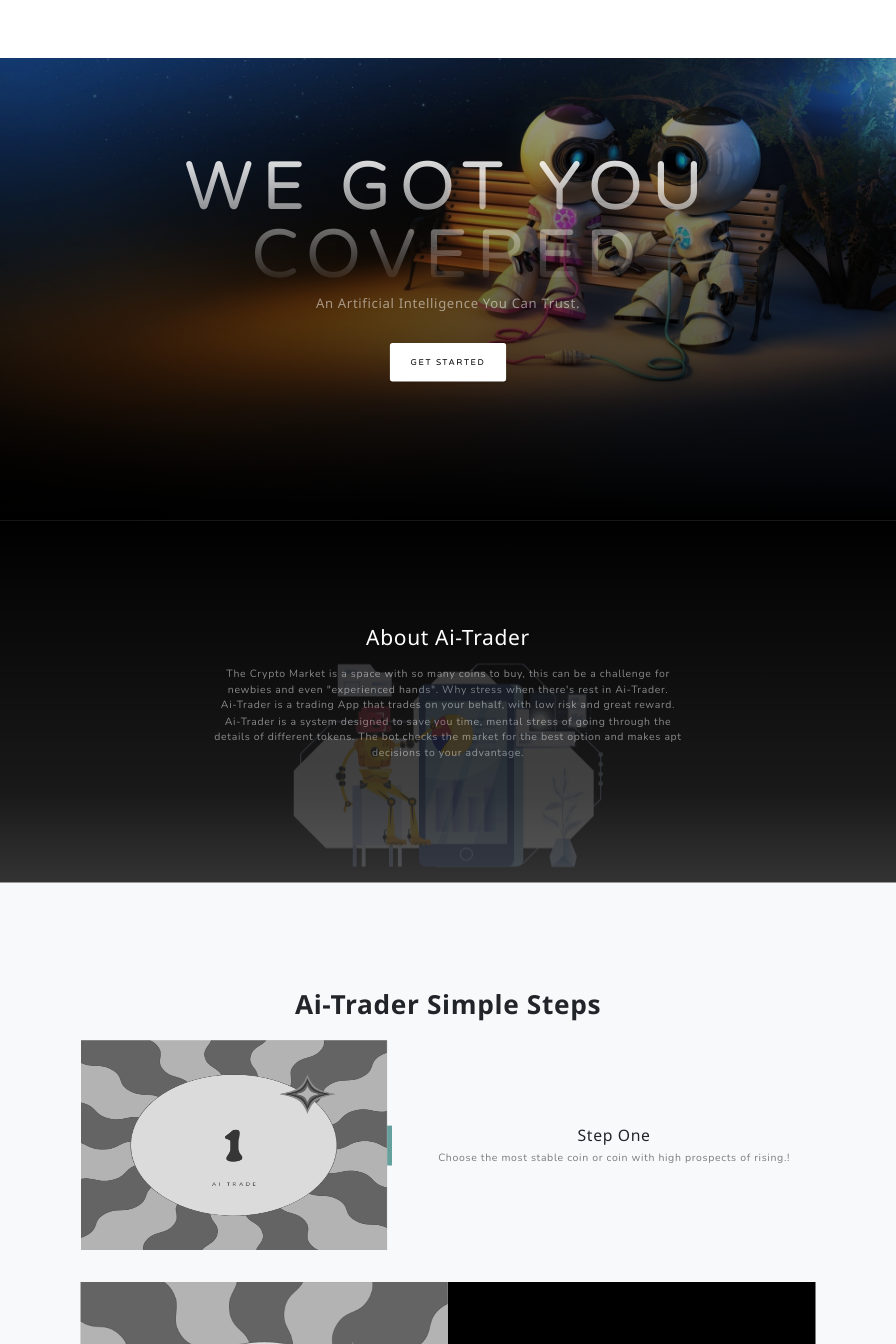
Repository: seyicoded/ico_one
Page: index.html
These files come from the project's save history. The page is drawn as it stood at one moment and after the next save; the edit follows.
The browser window is 1280 px wide. The pictures show the part of the page from y = 0 to 1920 px (the page is 5275 px tall before and 5252 px after), at 70% of full size.

Above is the page before, as saved 2022-03-06 17:08:04.

### index.html
<!DOCTYPE html>
<html lang="en">
    <head>
        <meta charset="utf-8" />
        <meta name="viewport" content="width=device-width, initial-scale=1, shrink-to-fit=no" />
        <meta name="description" content="" />
        <meta name="author" content="" />
        <title>Ai-Trader</title>
        <link rel="icon" type="image/x-icon" href="assets/favicon.ico" />
        <!-- Font Awesome icons (free version)-->
        <script src="https://use.fontawesome.com/releases/v5.15.4/js/all.js" crossorigin="anonymous"></script>
        <!-- Google fonts-->
        <link href="https://fonts.googleapis.com/css?family=Varela+Round" rel="stylesheet" />
        <link href="https://fonts.googleapis.com/css?family=Nunito:200,200i,300,300i,400,400i,600,600i,700,700i,800,800i,900,900i" rel="stylesheet" />

        <link rel="stylesheet" type="text/css" href="slick/slick.css"/>
// Add the new slick-theme.css if you want the default styling
<link rel="stylesheet" type="text/css" href="slick/slick-theme.css"/>

        <!-- Core theme CSS (includes Bootstrap)-->
        <link href="css/w3.css" rel="stylesheet" />
        <link href="css/styles.css" rel="stylesheet" />
        <link href="css/animate.css" rel="stylesheet" />
        <link href="css/custom.css" rel="stylesheet" />
        <script src="js/jquery.js"></script>
        <script type="text/javascript" src="//code.jquery.com/jquery-migrate-1.2.1.min.js"></script>
        <script src="js/wow.js"></script>
        <script src="js/bs.js"></script>
        <script type="text/javascript" src="//cdn.jsdelivr.net/npm/slick-carousel@1.8.1/slick/slick.min.js"></script>
        <script type="text/javascript">
            //Initiat WOW JS
            window.onload = function(){
                $("#loaderr").hide();
                new WOW().init();
            }
            // new WOW().init();
        </script>
        <style>
            #loaderr{
                position: fixed;
                z-index: 99;
                top: 0;
                bottom: 0;
                left: 0;
                right: 0;
                background: linear-gradient(grey, black);
                display: flex;
                justify-content: center;
                align-items: center;
            }
            #skip-loader{
                position: fixed;
                bottom: 3%;
                right: 3%;
                background-color: transparent;
                color: white;
                border: none;
            }

            .w3-text-black *{
                color: black !important;
                margin-bottom: 16px;
            }

            .slick *{
                margin-left: 10px;
                margin-top: 3px;
                margin-right: 10px;
                overflow: hidden;

            }

            .slick h3{
                font-size: 10px;
            }

            .slick img{
                width: 10
            }
        </style>
    </head>
    <body id="page-top">
        <!--  loader start -->
        <div id="loaderr">
            <img src="assets/svg/Spin-0.5s-247px.svg" />
            <button id="skip-loader" onclick="$('#loaderr').hide()">skip</button>
        </div>
        <!-- loader stop -->

        <!-- Navigation-->
        <nav class="navbar navbar-expand-lg navbar-light fixed-top" id="mainNav">
            <div class="container px-4 px-lg-5">
                <a class="navbar-brand" href="#page-top">Ai-Trader</a>
                <button class="navbar-toggler navbar-toggler-right" type="button" data-bs-toggle="collapse" data-bs-target="#navbarResponsive" aria-controls="navbarResponsive" aria-expanded="false" aria-label="Toggle navigation">
                    Menu
                    <i class="fas fa-bars"></i>
                </button>
                <div class="collapse navbar-collapse" id="navbarResponsive">
                    <ul class="navbar-nav ms-auto">
                        <li class="nav-item"><a class="nav-link" href="#about">About</a></li>
                        <li class="nav-item"><a class="nav-link" href="#trade">How to Trade</a></li>
                        <li class="nav-item"><a class="nav-link" href="#roadmap">Road Map</a></li>
                        <li class="nav-item"><a class="nav-link" href="#team">The Team</a></li>
                        <li class="nav-item"><a class="nav-link" href="#token">Tokenomics</a></li>
                    </ul>
                </div>
            </div>
        </nav>
        <!-- Masthead-->
        <header class="masthead">
            <div class="container px-4 px-lg-5 d-flex h-100 align-items-center justify-content-center">
                <div class="d-flex justify-content-center">
                    <div class="text-center">
                        <h1 class="mx-auto my-0 text-uppercase wow fadeIn animated" data-wow-duration="1090ms" data-wow-delay="1000ms">We Got You Covered</h1>
                        <h2 class="text-white-50 mx-auto mt-2 mb-5 wow fadeIn animated" data-wow-duration="1090ms" data-wow-delay="1300ms">An Artificial Intelligence You Can Trust.</h2>
                        <a class="btn btn-white white wow fadeIn animated" style="font-weight: bolder;" href="#about"  data-wow-duration="1090ms" data-wow-delay="1600ms">Get Started</a>
                    </div>
                </div>
            </div>
        </header>
        <!-- About-->
        <section class="about-section text-center" id="about">
            <div class="container px-4 px-lg-5">
                <div class="row gx-4 gx-lg-5 justify-content-center">
                    <div class="col-lg-8">
                        <h2 class="text-white mb-4 wow fadeInLeft animated" data-wow-duration="600ms" data-wow-delay="400ms">About Ai-Trader</h2>
                        <p class="text-white-50 wow fadeInLeft animated" data-wow-duration="600ms" data-wow-delay="600ms">
                            The Crypto Market is a space with so many coins to buy, this can be a challenge for newbies and even "experienced hands". Why stress when there's rest in Ai-Trader. <br />
                            Ai-Trader is a trading App that trades on your behalf, with low risk and great reward. <br />
                            Ai-Trader is a system designed to save you time, mental stress of going through the details of different tokens. The bot checks the market for the best option and makes apt decisions to your advantage.
                        </p>
                    </div>
                    <img class="img-fluid" src="assets/img/robot-doing-data-analysis.svg" style="filter: grayscale(20%); position: absolute; opacity: 19%; height: 400px;" alt="..." />
                </div>
                <!-- <img class="img-fluid" src="assets/img/ipad.png" style="filter: grayscale(80%); position: absolute; opacity: 30%;" alt="..." /> -->
                <div style="height: 100px;">&nbsp;</div>
            </div>
        </section>
        <!-- Projects-->
        <section class="projects-section bg-light" id="trade">
            <div class="container px-4 px-lg-5">
                <h1 style="text-align: center; font-weight: bold;">Ai-Trader Simple Steps</h1>
                <br />
                <!-- Featured Project Row-->
                <div class="row gx-0 mb-4 mb-lg-5 align-items-center wow fadeInLeft animated" data-wow-duration="600ms" data-wow-delay="400ms">
                    <div class="col-xl-5 col-lg-5"><img class="img-fluid mb-3 mb-lg-0" src="assets/count/1.png" style="height: 300px; width: 100%; filter: grayscale(80);" alt="..." /></div>
                    <div class="col-xl-7 col-lg-7">
                        <div class="featured-text text-center text-lg-left">
                            <h4>Step One</h4>
                            <p class="text-black-50 mb-0">Choose the most stable coin or coin with high prospects of rising.!</p>
                        </div>
                    </div>
                </div>
                <!-- Project One Row-->
                <div class="row gx-0 mb-5 mb-lg-0 justify-content-center wow fadeInLeft animated" data-wow-duration="600ms" data-wow-delay="400ms">
                    <div class="col-lg-6"><img class="img-fluid" src="assets/count/2.png" style="filter: grayscale(80);" alt="..." /></div>
                    <div class="col-lg-6">
                        <div class="bg-black text-center h-100 project">
                            <div class="d-flex h-100">
                                <div class="project-text w-100 my-auto text-center text-lg-left">
                                    <h4 class="text-white">Two</h4>
                                    <p class="mb-0 text-white-50">Initiate a trade.</p>
                                    <hr class="d-none d-lg-block mb-0 ms-0" />
                                </div>
                            </div>
                        </div>
                    </div>
                </div>
                <!-- Project Two Row-->
                <div class="row gx-0 justify-content-center wow fadeInLeft animated" data-wow-duration="600ms" data-wow-delay="400ms">
                    <div class="col-lg-6"><img class="img-fluid" src="assets/count/3.png" style="filter: grayscale(80);" alt="..." /></div>
                    <div class="col-lg-6 order-lg-first">
                        <div class="bg-black text-center h-100 project">
                            <div class="d-flex h-100">
                                <div class="project-text w-100 my-auto text-center text-lg-right">
                                    <h4 class="text-white">Three</h4>
                                    <p class="mb-0 text-white-50">Takes you out of the trade after reaching the margin you've set.!</p>
                                    <hr class="d-none d-lg-block mb-0 me-0" />
                                </div>
                            </div>
                        </div>
                    </div>
                </div>
            </div>
        </section>
        <br />

        <section class="roadmap-section w3-text-black" id="roadmap">
            <div class="container px-4 px-lg-5">
                <div class="row gx-4 gx-lg-5">
                    <div class="col-md-10 col-lg-8 mx-auto text-center">
                        <i class="far fa-paper-plane fa-2x mb-2 text-white"></i>
                        <h2 class="text-white mb-5">Road Map</h2>

                        <div style="color: white; text-align: justify;">
                            <ul class="w3-ul">
                                <li style="text-decoration: line-through;">White Paper</li>
                                <li>Launch on PanCake Swap</li>
                                <li>Settingup Social Media Channels</li>
                                <li>Website</li>
                                <li>Shilling</li>
                                <li>Airdrops</li>
                                <li>Listing on Decentralized Exchange like Binance</li>
                                <li>CMC/CG Listing</li>
                                <li>Ai Trader App Launch</li>
                                <li>Lots More</li>
                            </ul>
                        </div>

                    </div>
                </div>
            </div>
        </section>

        <section class="team-section w3-text-black" id="team">
            <div class="container px-4 px-lg-5">
                <div class="row gx-4 gx-lg-5">
                    <div class="col-md-10 col-lg-8 mx-auto text-center">
                        <i class="far fa-paper-plane fa-2x mb-2 text-white"></i>
                        <h2 class="text-white mb-5">The Team</h2>

                        <div style="color: white; text-align: justify; background: white;">
                            <!-- Lorem ipsum dolor sit amet, consectetur adipiscing elit, sed do eiusmod tempor incididunt ut labore et dolore magna aliqua. Ut enim ad minim veniam, quis nostrud exercitation ullamco laboris nisi ut aliquip ex ea commodo consequat. Duis aute irure dolor in reprehenderit in voluptate velit esse cillum dolore eu fugiat nulla pariatur. Excepteur sint occaecat cupidatat non proident, sunt in culpa qui officia deserunt mollit anim id est laborum. -->

                            <div class="slick" data-slick='{"slidesToShow": 4, "slidesToScroll": 4}'>

                                <div class="w3-card-4 w3-round">
                                    <img src="assets//img/b2.jpg" width="100%" height="160" />
                                    <h3 class="w3-center">Rodrigo Gonzalez</h3>
                                    <small class="w3-small w3-margin" style="font-style: italic;">Trade Physiologist</small>
                                </div>

                                <div class="w3-card-4 w3-round">
                                    <img src="assets//img/b2.jpg" width="100%" height="160" />
                                    <h3 class="w3-center">Steph Mufasa</h3>
                                    <small class="w3-small w3-margin" style="font-style: italic;">Crypto Analyst</small>
                                </div>

                                <div class="w3-card-4 w3-round">
                                    <img src="assets//img/b2.jpg" width="100%" height="160" />
                                    <h3 class="w3-center">Joan Cook</h3>
                                    <small class="w3-small w3-margin" style="font-style: italic;">Finance Manager</small>
                                </div>

                                <div class="w3-card-4 w3-round">
                                    <img src="assets//img/b2.jpg" width="100%" height="160" />
                                    <h3 class="w3-center">Shaun Terry</h3>
                                    <small class="w3-small w3-margin" style="font-style: italic;">Marketing</small>
                                </div>

                                <div class="w3-card-4 w3-round">
                                    <img src="assets//img/b2.jpg" width="100%" height="160" />
                                    <h3 class="w3-center">Ralph Fredrick</h3>
                                    <small class="w3-small w3-margin" style="font-style: italic;">Partner/Investor</small>
                                </div>

                                <div class="w3-card-4 w3-round">
                                    <img src="assets//img/b2.jpg" width="100%" height="160" />
                                    <h3 class="w3-center">Ashley Kendall</h3>
                                    <small class="w3-small w3-margin" style="font-style: italic;">Partner</small>
                                </div>

                                <div class="w3-card-4 w3-round">
                                    <img src="assets//img/b2.jpg" width="100%" height="160" />
                                    <h3 class="w3-center">Alexander Kent</h3>
                                    <small class="w3-small w3-margin" style="font-style: italic;">Software Engineer</small>
                                </div>

                            </div>

                        </div>

                    </div>
                </div>
            </div>
        </section>

        <!-- Signup-->
        <section class="signup-section" id="token">
            <div class="container px-4 px-lg-5">
                <div class="row gx-4 gx-lg-5">
                    <div class="col-md-10 col-lg-8 mx-auto text-center">
                        <i class="far fa-paper-plane fa-2x mb-2 text-white"></i>
                        <h2 class="text-white mb-5">Tokenomial</h2>
                        <!-- * * * * * * * * * * * * * * *-->
                        <!-- * * SB Forms Contact Form * *-->
                        <!-- * * * * * * * * * * * * * * *-->
                        <!-- This form is pre-integrated with SB Forms.-->
                        <!-- To make this form functional, sign up at-->
                        <!-- https://startbootstrap.com/solution/contact-forms-->
                        <!-- to get an API token!-->
                        <div style="color: white; text-align: justify;">
                            AIT Token operates on the Binance Smart Chain (BSC) network, which offers rapid transactions with minimal fees when compared to Ethereum. There will be 30% tax per transaction, of which 20% will be added to the liquidity pool, 10% will be allocated to Marketing Wallet and it will reflect on holders.
                        </div>
                        <!-- <form class="form-signup" id="contactForm" data-sb-form-api-token="API_TOKEN">

                            <div class="row input-group-newsletter">
                                <div class="col"><input class="form-control" id="emailAddress" type="email" placeholder="Enter email address..." aria-label="Enter email address..." data-sb-validations="required,email" /></div>
                                <div class="col-auto"><button class="btn btn-primary disabled" id="submitButton" type="submit">Notify Me!</button></div>
                            </div>
                            <div class="invalid-feedback mt-2" data-sb-feedback="emailAddress:required">An email is required.</div>
                            <div class="invalid-feedback mt-2" data-sb-feedback="emailAddress:email">Email is not valid.</div>




                            <div class="d-none" id="submitSuccessMessage">
                                <div class="text-center mb-3 mt-2 text-white">
                                    <div class="fw-bolder">Form submission successful!</div>
                                    To activate this form, sign up at
                                    <br />
                                    <a href="https://startbootstrap.com/solution/contact-forms">https://startbootstrap.com/solution/contact-forms</a>
                                </div>
                            </div>




                            <div class="d-none" id="submitErrorMessage"><div class="text-center text-danger mb-3 mt-2">Error sending message!</div></div>
                        </form> -->
                    </div>
                </div>
            </div>
        </section>

        <!-- Contact-->
        <section class="contact-section bg-black">
            <div class="container px-4 px-lg-5">
                <h2 class="text-white">Need Help!</h2>

                <div class="row gx-4 gx-lg-5">
                    <div class="col-md-4 mb-3 mb-md-0">
                        <div class="card py-4 h-100">
                            <div class="card-body text-center">
                                <i class="fas fa-map-marked-alt text-primary mb-2"></i>
                                <h4 class="text-uppercase m-0">Telegram</h4>
                                <hr class="my-4 mx-auto" />
                                <div class="small text-black-50"><a href="https://t.me/AITRADERCOM">Click Here</a></div>
                            </div>
                        </div>
                    </div>
                    <div class="col-md-4 mb-3 mb-md-0">
                        <div class="card py-4 h-100">
                            <div class="card-body text-center">
                                <i class="fas fa-envelope text-primary mb-2"></i>
                                <h4 class="text-uppercase m-0">Email</h4>
                                <hr class="my-4 mx-auto" />
                                <div class="small text-black-50"><a href="mailto:contact@worldaitrader.com">contact@worldaitrader.com</a></div>
                            </div>
                        </div>
                    </div>
                    <div class="col-md-4 mb-3 mb-md-0">
                        <div class="card py-4 h-100">
                            <div class="card-body text-center">
                                <i class="fas fa-mobile-alt text-primary mb-2"></i>
                                <h4 class="text-uppercase m-0">Phone</h4>
                                <hr class="my-4 mx-auto" />
                                <div class="small text-black-50">+1 (555) 902-8832</div>
                            </div>
                        </div>
                    </div>
                </div>
                <div class="social d-flex justify-content-center">
                    <a class="mx-2" href="#!"><i class="fab fa-twitter"></i></a>
                    <a class="mx-2" href="#!"><i class="fab fa-facebook-f"></i></a>
                    <a class="mx-2" href="#!"><i class="fab fa-github"></i></a>
                </div>
            </div>
        </section>
        <!-- Footer-->
        <footer class="footer bg-black small text-center text-white-50"><div class="container px-4 px-lg-5">Copyright &copy; Ai-Trader 2021</div></footer>
        <!-- Bootstrap core JS-->
        <script src="https://cdn.jsdelivr.net/npm/bootstrap@5.1.3/dist/js/bootstrap.bundle.min.js"></script>
        <!-- Core theme JS-->
        <script src="js/scripts.js"></script>

        <script src="https://cdn.startbootstrap.com/sb-forms-latest.js"></script>

        <script>
            $('.slick').slick({
  slidesToShow: 3,
  slidesToScroll: 1,
  autoplay: true,
  autoplaySpeed: 2000,
})
        </script>
    </body>
</html>

### js/scripts.js
/*!
* Start Bootstrap - Grayscale v7.0.4 (https://startbootstrap.com/theme/grayscale)
* Copyright 2013-2021 Start Bootstrap
* Licensed under MIT (https://github.com/StartBootstrap/startbootstrap-grayscale/blob/master/LICENSE)
*/
//
// Scripts
//

window.addEventListener('DOMContentLoaded', event => {

    // Navbar shrink function
    var navbarShrink = function () {
        const navbarCollapsible = document.body.querySelector('#mainNav');
        if (!navbarCollapsible) {
            return;
        }
        if (window.scrollY === 0) {
            navbarCollapsible.classList.remove('navbar-shrink')
        } else {
            navbarCollapsible.classList.add('navbar-shrink')
        }

    };

    // Shrink the navbar
    navbarShrink();

    // Shrink the navbar when page is scrolled
    document.addEventListener('scroll', navbarShrink);

    // Activate Bootstrap scrollspy on the main nav element
    const mainNav = document.body.querySelector('#mainNav');
    if (mainNav) {
        new bootstrap.ScrollSpy(document.body, {
            target: '#mainNav',
            offset: 74,
        });
    };

    // Collapse responsive navbar when toggler is visible
    const navbarToggler = document.body.querySelector('.navbar-toggler');
    const responsiveNavItems = [].slice.call(
        document.querySelectorAll('#navbarResponsive .nav-link')
    );
    responsiveNavItems.map(function (responsiveNavItem) {
        responsiveNavItem.addEventListener('click', () => {
            if (window.getComputedStyle(navbarToggler).display !== 'none') {
                navbarToggler.click();
            }
        });
    });

});

Loaded but not shown: slick/slick.css (common file); slick/slick-theme.css (library); css/w3.css (library); css/styles.css (library); css/animate.css (library); js/jquery.js (library); js/wow.js (library); js/bs.js (library); css/custom.css (no stored copy; drawn as an empty file)

After the next save:
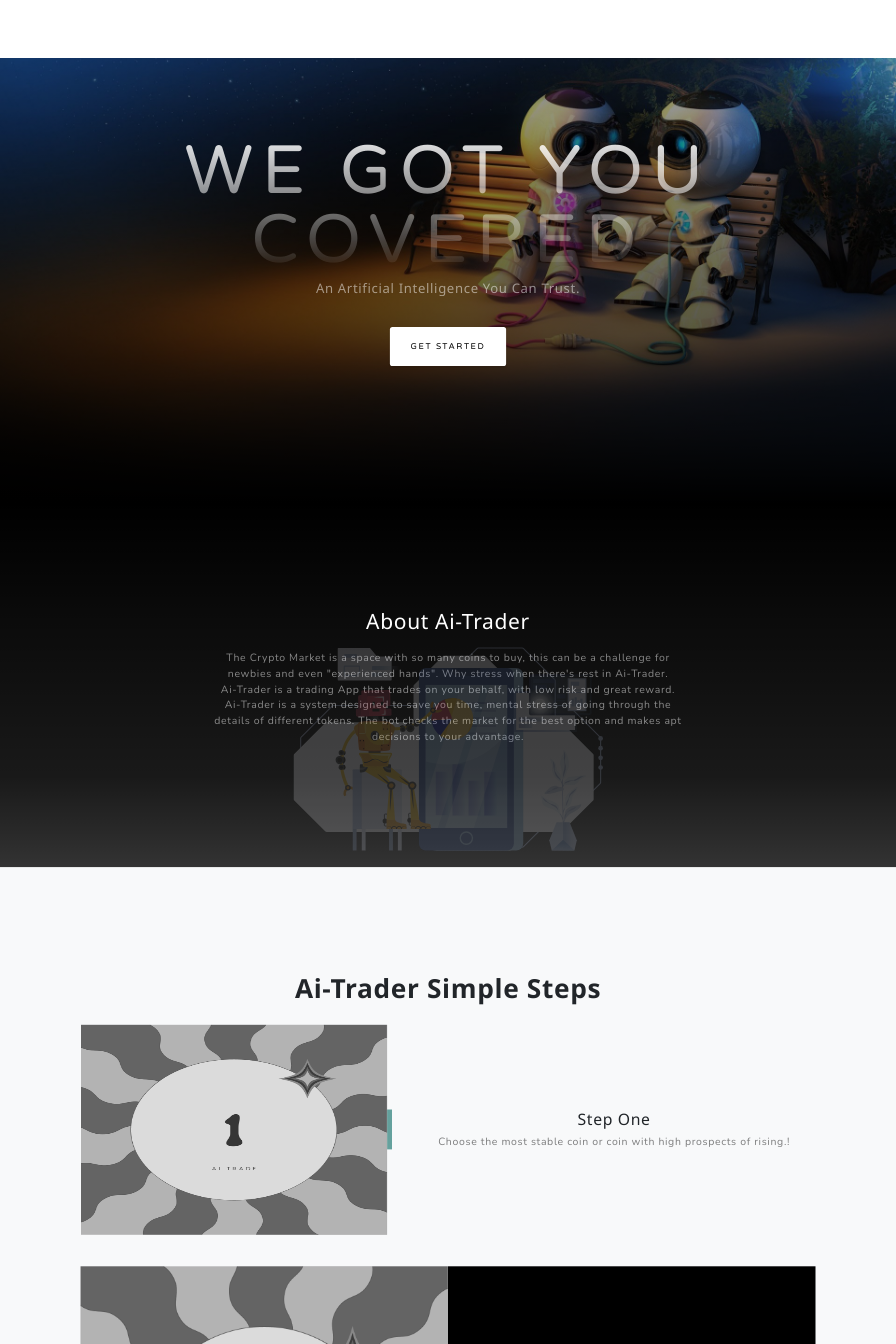
Saved 16 s later.
--- a/index.html
+++ b/index.html
@@ -14,7 +14,7 @@
         <link href="https://fonts.googleapis.com/css?family=Nunito:200,200i,300,300i,400,400i,600,600i,700,700i,800,800i,900,900i" rel="stylesheet" />
 
         <link rel="stylesheet" type="text/css" href="slick/slick.css"/>
-// Add the new slick-theme.css if you want the default styling
+<!-- // Add the new slick-theme.css if you want the default styling -->
 <link rel="stylesheet" type="text/css" href="slick/slick-theme.css"/>
 
         <!-- Core theme CSS (includes Bootstrap)-->
